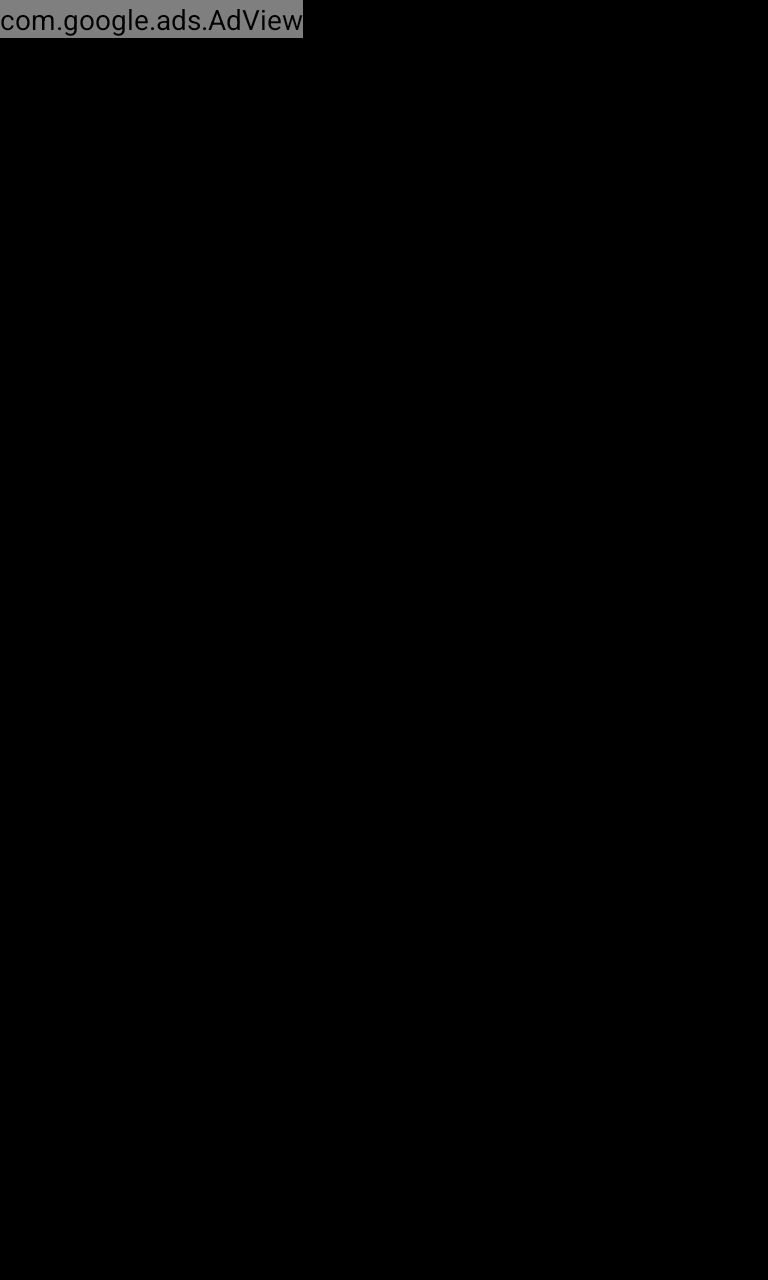
Repository: peterm10/ChessForAndroid
Layout: ChessForAndroid/ChessForAndroid/res/layout/main.xml
These files come from the project's save history. The layout is drawn as it stood at one moment and after the next save; the edit follows.
Pictures or frames that could not be fetched are drawn as grey boxes. It is drawn on a 768 x 1280 px phone screen (xhdpi) without system bars, with theme android:Theme.Holo; the app's code is not run.

Above is the layout before, as saved 2012-11-19 14:56:01.

### ChessForAndroid/ChessForAndroid/res/layout/main.xml
<RelativeLayout xmlns:android="http://schemas.android.com/apk/res/android"
    xmlns:admobsdk="http://schemas.android.com/apk/res/com.example.gamechessandroid"
     xmlns:ads="http://schemas.android.com/apk/lib/com.google.ads"

    xmlns:tools="http://schemas.android.com/tools"
    android:id="@+id/rootLayout"
    android:layout_width="fill_parent"
    android:layout_height="fill_parent"
    android:orientation="vertical"
    tools:ignore="UnusedNamespace" >
<com.google.ads.AdView android:id="@+id/ad"
                           android:layout_width="wrap_content"
                           android:layout_height="wrap_content"
                           ads:adSize="BANNER"
                           ads:adUnitId="AD_UNIT_ID_GOES_HERE"
                           ads:testDevices="TEST_EMULATOR,TEST_DEVICE_ID_GOES_HERE"
                           ads:loadAdOnCreate="true"/>
</RelativeLayout>

After the next save:
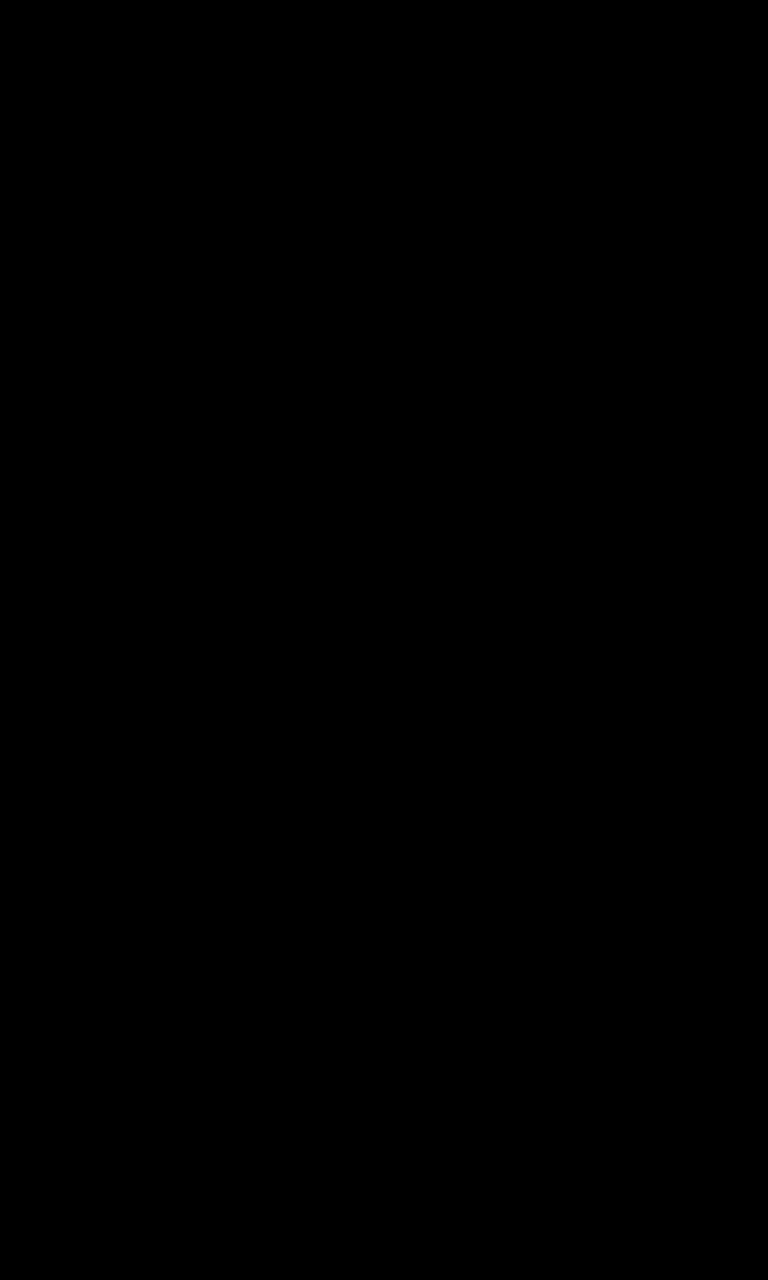
Saved 4 min 55 s later.
--- a/ChessForAndroid/ChessForAndroid/res/layout/main.xml
+++ b/ChessForAndroid/ChessForAndroid/res/layout/main.xml
@@ -1,18 +1,10 @@
 <RelativeLayout xmlns:android="http://schemas.android.com/apk/res/android"
     xmlns:admobsdk="http://schemas.android.com/apk/res/com.example.gamechessandroid"
-     xmlns:ads="http://schemas.android.com/apk/lib/com.google.ads"
-
     xmlns:tools="http://schemas.android.com/tools"
     android:id="@+id/rootLayout"
     android:layout_width="fill_parent"
     android:layout_height="fill_parent"
     android:orientation="vertical"
     tools:ignore="UnusedNamespace" >
-<com.google.ads.AdView android:id="@+id/ad"
-                           android:layout_width="wrap_content"
-                           android:layout_height="wrap_content"
-                           ads:adSize="BANNER"
-                           ads:adUnitId="AD_UNIT_ID_GOES_HERE"
-                           ads:testDevices="TEST_EMULATOR,TEST_DEVICE_ID_GOES_HERE"
-                           ads:loadAdOnCreate="true"/>
+
 </RelativeLayout>

After the 2 saves that followed:
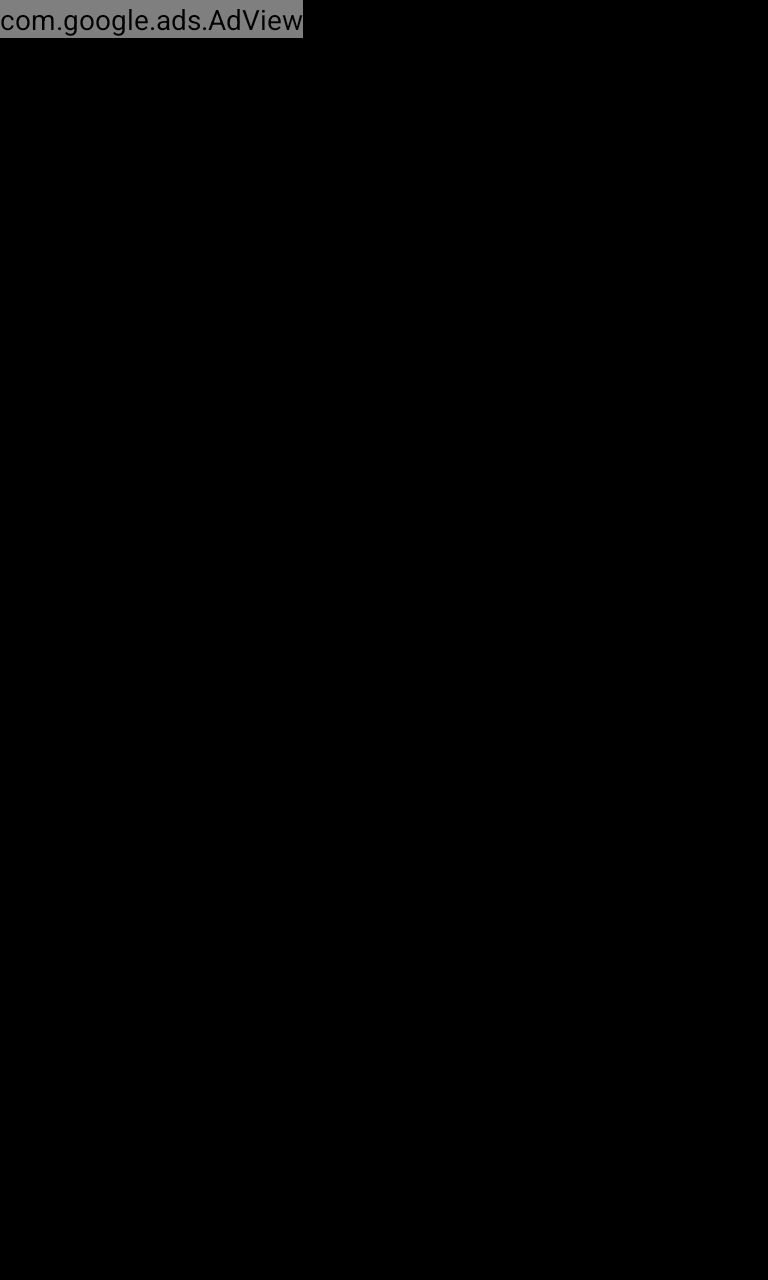
The 2 saves are shown as one change because 1 left the picture as it was.
The last was saved 7 min 32 s later.
--- a/ChessForAndroid/ChessForAndroid/res/layout/main.xml
+++ b/ChessForAndroid/ChessForAndroid/res/layout/main.xml
@@ -1,10 +1,15 @@
 <RelativeLayout xmlns:android="http://schemas.android.com/apk/res/android"
     xmlns:admobsdk="http://schemas.android.com/apk/res/com.example.gamechessandroid"
     xmlns:tools="http://schemas.android.com/tools"
+    xmlns:ads="http://schemas.android.com/apk/lib/com.google.ads"
     android:id="@+id/rootLayout"
     android:layout_width="fill_parent"
     android:layout_height="fill_parent"
     android:orientation="vertical"
     tools:ignore="UnusedNamespace" >
-
+<com.google.ads.AdView android:id="@+id/adView"
+                         android:layout_width="wrap_content"
+                         android:layout_height="wrap_content"
+                         ads:testDevices="TEST_EMULATOR"
+                         ads:loadAdOnCreate="true"/>
 </RelativeLayout>
